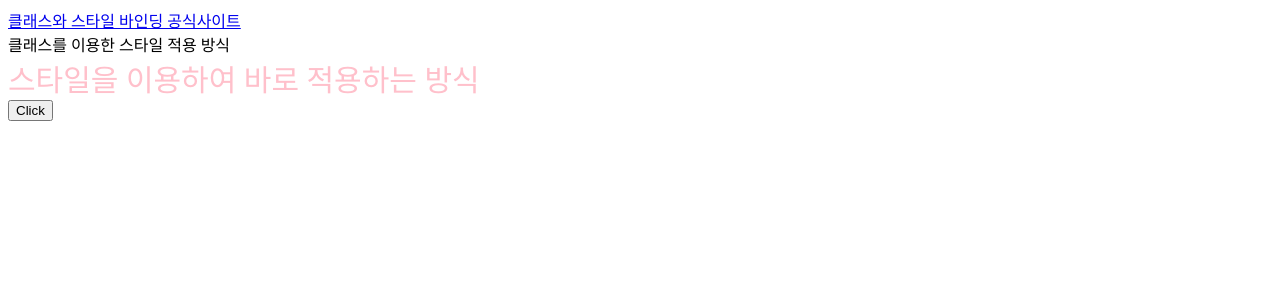
Repository: RyuGeunHwan/code_J
Page: Vuejs/22-08-10 vuejs 클래스 and 스타일 바인딩.html
These files come from the project's save history. The page is drawn as it stood at one moment and after the next save; the edit follows.
The browser window is 1280 px wide. The pictures show the whole page.

Above is the page before, as saved 2022-08-16 14:42:01.

### Vuejs/22-08-10 vuejs 클래스 and 스타일 바인딩.html
<!DOCTYPE html>
<html lang="en">
<head>
    <meta charset="UTF-8">
    <meta http-equiv="X-UA-Compatible" content="IE=edge">
    <meta name="viewport" content="width=device-width, initial-scale=1.0">
    <title>vuejs 클래스 & 스타일 바인딩</title>
    <script src="https://cdn.jsdelivr.net/npm/vue/dist/vue.js"></script>
    <style>
        .red{
            color: red;
        }

        .font-bold{
            font-weight: bold;
            font-size: 30px;
        }
    </style>
</head>
<body>
    <div id="app">
        <a href="https://vuejs.org/v2/guide/class-and-style.html">클래스와 스타일 바인딩 공식사이트</a>
        <div :class="{ red: isRed, 'font-bold': isBoldSize}">클래스를 이용한 스타일 적용 방식</div>
        <div :style="styleObject">스타일을 이용하여 바로 적용하는 방식</div>
        <button @click="update()">Click</button>
    </div>
    <script>
        new Vue({
            el: '#app',
            data:{
                isRed: false,
                isBoldSize: false,
                styleObject:{
                    color: 'pink',
                    fontSize: '30px'
                }
            },
            methods:{
                update(){
                    this.isRed = !this.isRed;
                    // this.isBoldSize = !this.isBoldSize;
                }
            }
        })
    </script>
</body>
</html>

After the next save:
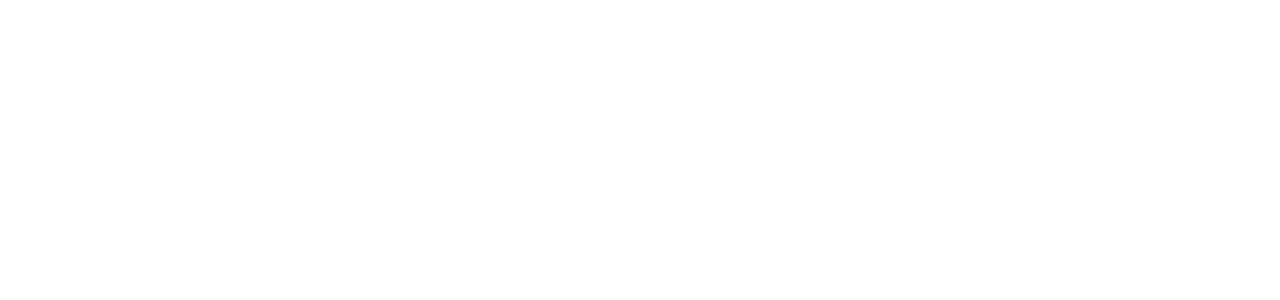
Saved 4 min 14 s later.
--- a/Vuejs/22-08-10 vuejs 클래스 and 스타일 바인딩.html
+++ b/Vuejs/22-08-10 vuejs 클래스 and 스타일 바인딩.html
@@ -20,7 +20,7 @@
 <body>
     <div id="app">
         <a href="https://vuejs.org/v2/guide/class-and-style.html">클래스와 스타일 바인딩 공식사이트</a>
-        <div :class="{ red: isRed, 'font-bold': isBoldSize}">클래스를 이용한 스타일 적용 방식</div>
+        <div :class="{ red: isRed, font-bold: isBoldSize}">클래스를 이용한 스타일 적용 방식</div>
         <div :style="styleObject">스타일을 이용하여 바로 적용하는 방식</div>
         <button @click="update()">Click</button>
     </div>

After the save that followed:
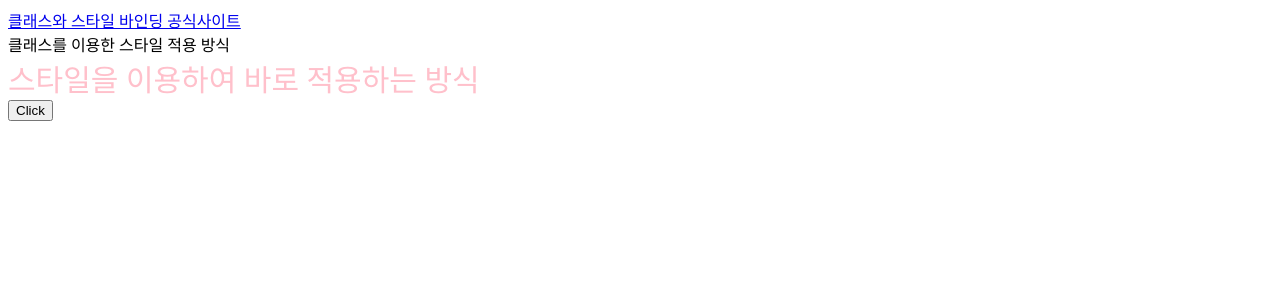
Saved 71 s later.
--- a/Vuejs/22-08-10 vuejs 클래스 and 스타일 바인딩.html
+++ b/Vuejs/22-08-10 vuejs 클래스 and 스타일 바인딩.html
@@ -20,7 +20,7 @@
 <body>
     <div id="app">
         <a href="https://vuejs.org/v2/guide/class-and-style.html">클래스와 스타일 바인딩 공식사이트</a>
-        <div :class="{ red: isRed, font-bold: isBoldSize}">클래스를 이용한 스타일 적용 방식</div>
+        <div :class="{ 'red': isRed, fontBold: isBoldSize}">클래스를 이용한 스타일 적용 방식</div>
         <div :style="styleObject">스타일을 이용하여 바로 적용하는 방식</div>
         <button @click="update()">Click</button>
     </div>
@@ -38,7 +38,7 @@
             methods:{
                 update(){
                     this.isRed = !this.isRed;
-                    // this.isBoldSize = !this.isBoldSize;
+                    this.isBoldSize = !this.isBoldSize;
                 }
             }
         })
